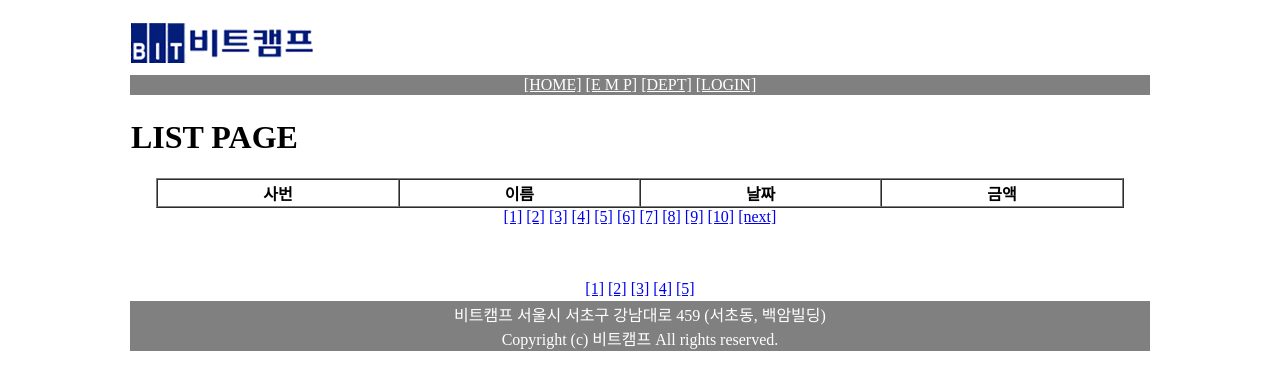
Repository: kwakjaeyeon/webWorkspace
Page: http://localhost/web05/emp/list.jsp?page=1
The author's editor kept a copy of each file at every save. The page is drawn from the files as they stood at one save, then again after a run of saves.
The browser window is 1280 px wide. The pictures show the whole page.
The page is served by Tomcat 9. Queries for data that is not in the repository find no rows.

Above is the page before, as saved 2020-07-03 03:51:38.

After the next 2 saves:
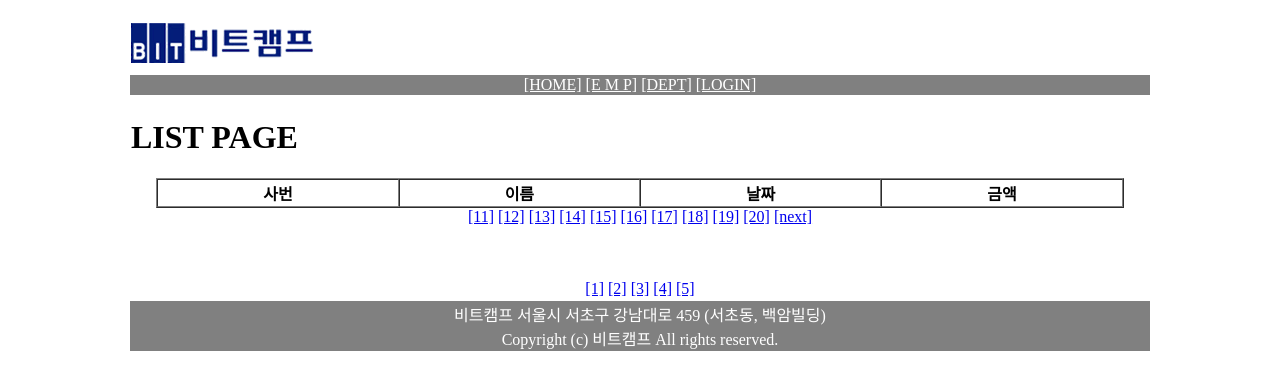
The 2 saves are shown as one change because 1 did not build or start.
The last was saved 13 min 35 s later.
--- a/web05/WebContent/emp/list.jsp
+++ b/web05/WebContent/emp/list.jsp
@@ -18,6 +18,7 @@
 			<th>금액</th>
 		</tr>
 		<%
+		int tot = 400; // select count(*) from emp01;
 		int p = 1; // page
 		String param = request.getParameter("page");
 		if(param != null) p = Integer.parseInt(param);
@@ -41,6 +42,8 @@
 		try {
 			conn = DriverManager.getConnection(url, user, password);
 			stmt = conn.createStatement();
+			rs = stmt.executeQuery("select count(*) from emp01");
+			if(rs.next())rs.getInt(1);
 			rs = stmt.executeQuery(sql);
 			while(rs.next()) {
 		%>
@@ -63,17 +66,14 @@
 	<center>
 	<!--  -->
 	<%
-	int tot = 400; // select count(*) from emp01;
+	int lang = 10;
 	int limit = (tot-1)/10+1;
-	int start = 0;
-	if(p<11) {
-		start = 0;
-	} else {
-		start = ((p-1)/10+1)*10;
+	int start = ((p-1)/10+1)*10;
+	int end = start+10;
+	if(end>limit) end = limit;
+	if(p >= lang+1) {
 		out.print("<a href = list.jsp?page=" + (start-11) + ">[prev]</a>");
 	}
-	int end = start+10;
-	if(end>limit) end = limit;
 	for(int i=start; i<end; i++) {
 	%>
 	<a href = "list.jsp?page=<%=i+1%>">[<%=i+1%>]</a>
